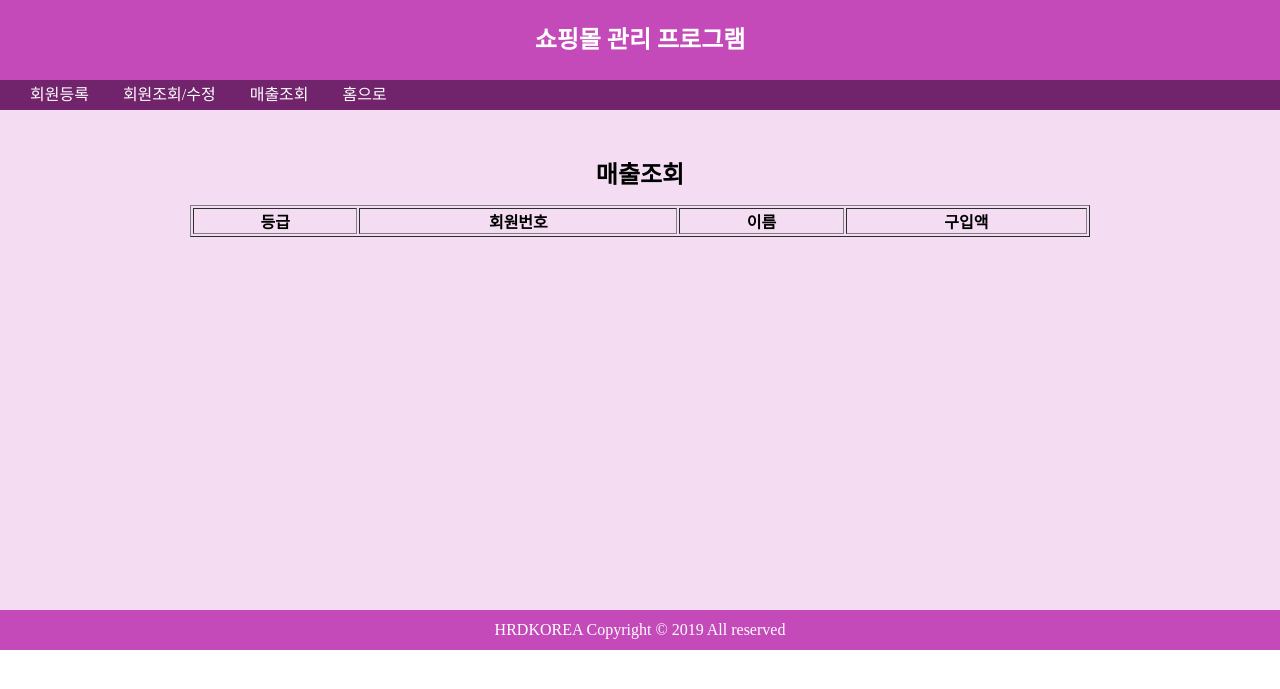
Repository: hyeoni2/-
Page: http://localhost/쇼핑몰관리/select2.jsp
These files come from the project's save history. The page is drawn as it stood at one moment and after the next save; the edit follows.
The browser window is 1280 px wide. The pictures show the whole page.
The page is served by Tomcat 9. Queries for data that is not in the repository find no rows.

Above is the page before, as saved 2021-04-14 00:08:12.

### 쇼핑몰관리/WebContent/select2.jsp
<%@ page language="java" contentType="text/html; charset=UTF-8"
    pageEncoding="UTF-8"%>
<!DOCTYPE html>
<html>
<head>
<meta charset="UTF-8">
<title>쇼핑몰 관리</title>
</head>
<body>
	<%@ include file = "header.jsp" %>
	<section>
		<div>
			<h2>매출조회</h2>
		</div>
		<!-- table을 감싼 div에 height을 주고 넘쳐 흐를시 자동으로 스크롤바로 지정 -->
		<div style = "height: 400px; overflow: auto; ">
			<table border = "1" width = "900" style = "margin: 0 auto">
				<tr>
					<th>등급</th>
					<th>회원번호</th>
					<th>이름</th>
					<th>구입액</th>
				</tr>
				<%
				//한줄일 경우는 더하기 필요 없음, 여러줄일 시 앞부분 띄우고 값 연결을 위해 +=으로 표시
				//sql += "" > sql = sql + ""
				sql += " select memno,name, address,";
				sql += " to_char(hiredate, 'yyyy.mm.dd.'), ";
				sql += " decode(gender, 'M','남','F','여'),";
				sql += " tel1, tel2, tel3";
				sql += " from member";
				//★앞부분에 띄어쓰기 - 나중에 긴 sql이 있을때 덜 힘듬★

				rs = stmt.executeQuery(sql);

				//반복문 while로 해야함(rs.next가 true일시 = 값이 있을때 작동)
				while(rs.next()){
					%>
					<!-- while이 도는 만큼 6개에 대한 데이터표가 생성  -->
					<tr align="center">
						<td><a href="update.jsp?memno=<%=rs.getString(1) %>"><%=rs.getString(1) %></a></td>
						<td><%=rs.getString(2) %></td>
						<td><%=rs.getString(3) %></td>
						<td><%=rs.getString(4) %></td>
				</tr>
				<%}
				%>
			</table>
		</div>
	</section>

	<%@ include file = "footer.jsp" %>
</body>
</html>

### 쇼핑몰관리/WebContent/header.jsp
<%@ page language="java" contentType="text/html; charset=UTF-8"
    pageEncoding="UTF-8"%>
    <%@ include file="dbcon.jsp" %>
<!DOCTYPE html>
<html>
<head>
	<meta charset="UTF-8">
	<title>header</title>
	<!-- 'stylesheet'로 모니터 화면에 보여줄 'text/css'로 이루어진 'style.css'파일이 이 html과 '연결(link)하라 -->
	<link href = "style.css" rel = "stylesheet" type= "text/css">
</head>
<body>
	<header><h2>쇼핑몰 관리 프로그램</h2></header>

	<nav>
	<a href = "insert.jsp">회원등록</a>
	<a href = "select.jsp">회원조회/수정</a>
	<a href = "select2.jsp">매출조회</a>
	<a href = "index.jsp">홈으로</a>

	</nav>


</body>
</html>

### 쇼핑몰관리/WebContent/dbcon.jsp
<%@page import="java.sql.*"%>
<%@ page language="java" contentType="text/html; charset=UTF-8"
    pageEncoding="UTF-8"%>

<%//자바 처음 시작
request.setCharacterEncoding("utf-8"); //소문자로 시작하는 거는 메소드 ()안에는 입력값 들어가야, String은 문자열, 한글 깨짐 방지 위함

//1.오라클 드라이버 로딩 ojdbc6.jar
Class.forName("oracle.jdbc.OracleDriver"); //oracle이라는 폴더안에 jdbc폴더안에 오라클드라이버를 가져오겠다.,라이브러리에 추가

//2. Connection 객체 생성 - rt.jar, 변수만 = 변수/메소드/값, (url 찾으려면 New Oracle에서 속성에서 찾기) java.sql.* : DriverManger,Connection
Connection con = DriverManager.getConnection("jdbc:oracle:thin:@localhost:1521:xe", "system", "1234");

//3.구문객체 생성
Statement stmt = con.createStatement(); //sql문없는 빈 구문객체
PreparedStatement ps = null; //참조하는 객체가 없다. , Statement의 문제점이 많아서 이용 , 아직 선언만 한 상태

/*
Statement 객체는 메모리에 동적 생성 - 넘겨주는 SQL문은 단순 문자열이기 때문에 DBMS(데이터베이스관리시스템)로 넘겨주면
							  DBMS가 그 문자열을 쿼리로 컴파일하느라 시간이 오래 걸린다.
							  select(조회)할때 사용하면 편함
PreparedStatement 객체는 메모리에 상주 - 컴파일된 채로 넘기기 때문에 Statement보다 속도가 빠르다
								   sql이 있어야 가능
								   insert(추가), update(수정), delete(삭제)할 때 사용하면 편리
*/

/*------------------------------------옵션--------------------------------*/
//4.결과셋 선언
ResultSet rs = null;
//5.쿼리문 선언
String sql = "";//값이 없는 String 객체를 참조

%>

### 쇼핑몰관리/WebContent/footer.jsp
<%@ page language="java" contentType="text/html; charset=UTF-8"
    pageEncoding="UTF-8"%>
<!DOCTYPE html>
<html>
<head>
<meta charset="UTF-8">
<title>footer</title>
</head>
<body>
	<footer><!-- ⓒ : o > [한자] 누른후 찾기 , &copy; -->
		HRDKOREA Copyright &copy; 2019 All reserved
	</footer>


</body>
</html>

<!-- ★DB연결 해제코드 -->
<%
//con 의 값이 없다면 con을 접어라 & 빨간줄 무시해야함
try{
	if(con != null){
		con.close();
	}
	if(stmt != null){
		stmt.close();
	}
	if(ps != null){
		ps.close();
	}
	if(rs != null){
		rs.close();
	}
}
catch(Exception e){
	//모든 예외를 다 처리해줌
	e.printStackTrace();
}
%>

### 쇼핑몰관리/WebContent/style.css
@charset "UTF-8";

*{ /*style에서는 단위생략 불가*/
	box-sizing: border-box; /*자동으로 border값까지 영역으로 잡아주는 아주 유용한 속성*/
	margin : 0px; /*바깥쪽 여백*/
	padding: 0px;/*안쪽 여백*/
}

header{
	height : 80px;
	line-height: 80px;
	text-align: center;
	background-color: #c44aba;
	color : #ffffff; /*글자색 지정 : 흰색*/
}


nav{
	height : 30px;
	line-height: 30px;
	background-color: #71246b;
}

nav a{
	text-decoration: none; /*밑줄 없애기*/
	color : white; /*글자색 지정 : 흰색*/
	margin-left: 30px;
}

section{
	height : 500px;
	background-color: #f4ddf2;
	padding: 30px; /*안쪽 여백을 주어야 함*/
}

section div{
	text-align: center;
	margin : 15px;
}

section ol{
	margin-left: 30px;
}

ol li{
	height : 30px;
}

td a{
	text-decoration: none;
	color: navy;
}
footer{
	height : 40px;
	line-height: 40px;
	text-align: center;
	background-color: #c44aba;
	color : #ffffff; /*글자색 지정 : 흰색*/
}

After the next save:
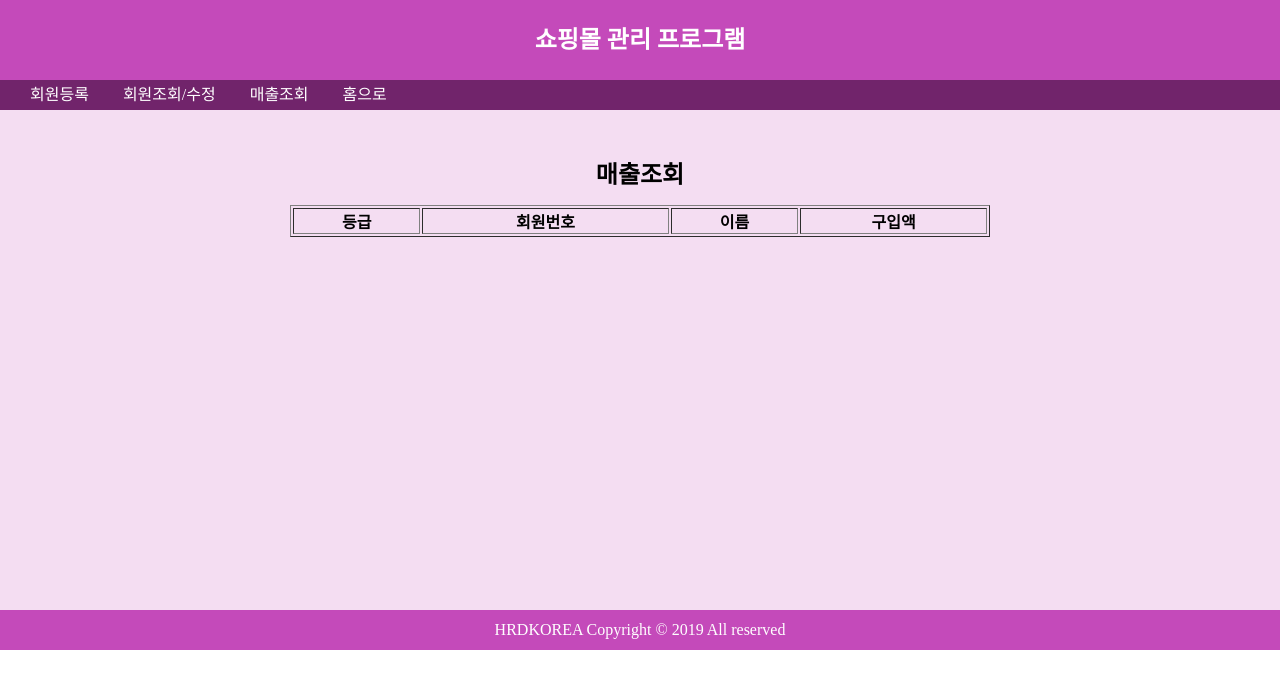
Saved 5 s later.
--- a/쇼핑몰관리/WebContent/select2.jsp
+++ b/쇼핑몰관리/WebContent/select2.jsp
@@ -14,7 +14,7 @@
 		</div>
 		<!-- table을 감싼 div에 height을 주고 넘쳐 흐를시 자동으로 스크롤바로 지정 -->
 		<div style = "height: 400px; overflow: auto; ">
-			<table border = "1" width = "900" style = "margin: 0 auto">
+			<table border = "1" width = "700" style = "margin: 0 auto">
 				<tr>
 					<th>등급</th>
 					<th>회원번호</th>
